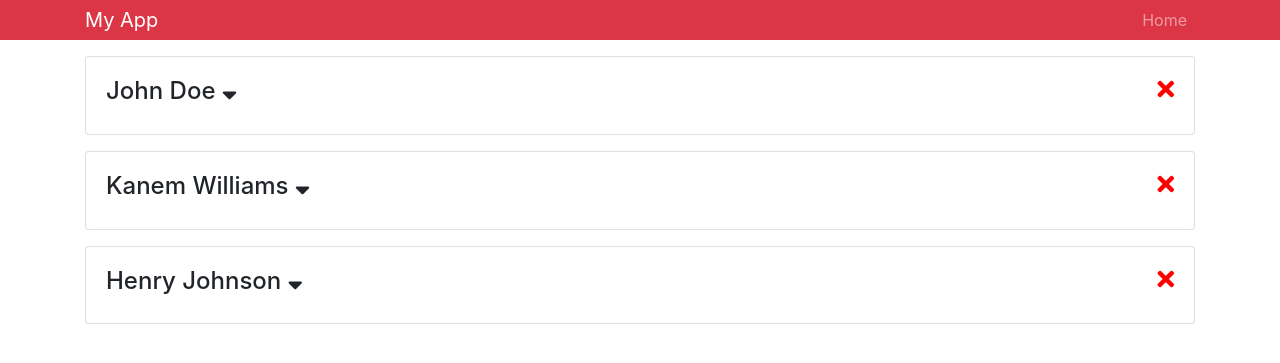
Repository: Mtbwka/contactmanager
Page: /
An editor plug-in stored every save of this project. The page is shown before and after the next save, followed by the edit.
The browser window is 1280 px wide. The pictures show the whole page.
Some web libraries are served in a nearby version. The project was rebuilt for these pictures with package versions that can differ from the ones it lists, and the page was loaded fresh each time.

Above is the page before, as saved 2019-05-01 14:37:48.

After the next save:
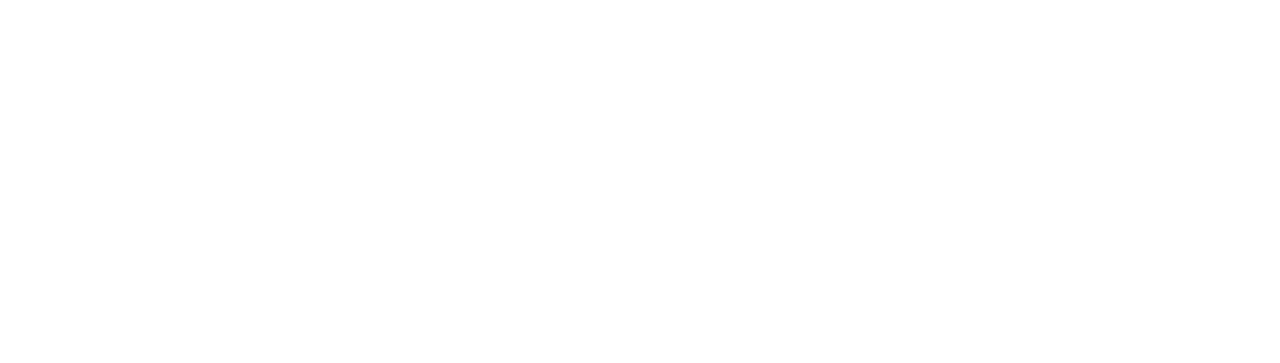
Saved 60 s later.
--- a/src/context.js
+++ b/src/context.js
@@ -28,11 +28,7 @@
   };
 
   render() {
-    return (
-      <Context.Provider value={this.state}>
-        {this.props.children}
-      </Context.Provider>
-    );
+    return <Context.Provider value={this.state} />;
   }
 }
 

After the save that followed:
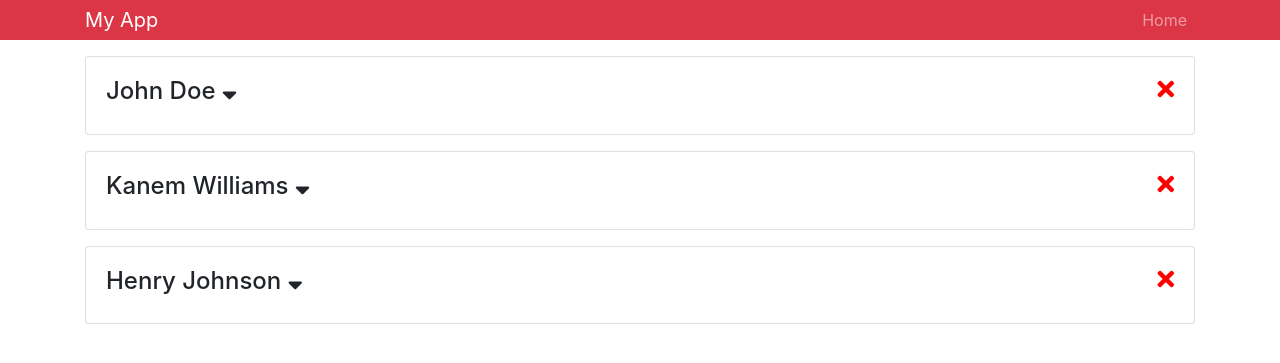
Saved 4 s later.
--- a/src/context.js
+++ b/src/context.js
@@ -28,7 +28,11 @@
   };
 
   render() {
-    return <Context.Provider value={this.state} />;
+    return (
+      <Context.Provider value={this.state}>
+        {this.props.children}
+      </Context.Provider>
+    );
   }
 }
 
